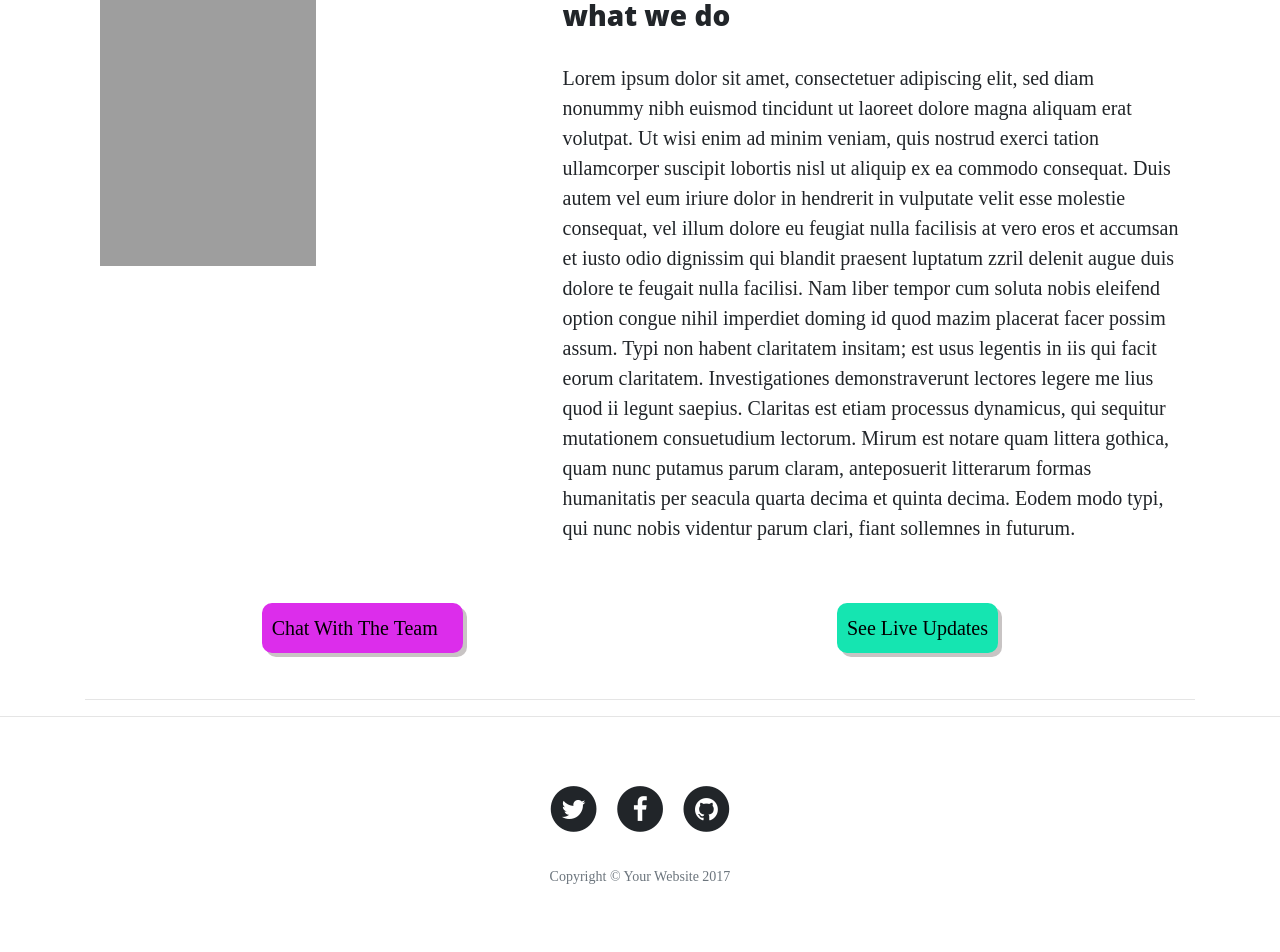
Repository: cachimiro/los-pochoclos
Page: http://localhost/charity
The author's editor kept a record of every edit. The page is drawn from the files as they stood at one moment, then again after the next edit.
The browser window is 1280 px wide. The pictures show the part of the page from y = 1902 to 2854 px (the page is 2854 px tall).
Pictures or frames that could not be fetched are drawn as grey boxes. The page is served by the project's application, run on Flask 3 (run.py). Other server files are loaded and not shown.

Above is the page before.

### templates/charity.html
{% extends 'base.html' %} {% block content %}

  <!---- style for image slide show------>

<style>
.mySlides {
  display: none;
}

img {
  vertical-align: middle;
}

/* Slideshow container */

.slideshow-container {
  max-width: 1000px;
  position: relative;
  margin: auto;
}


/* Fading animation */

.fade {
  -webkit-animation-name: fade;
  -webkit-animation-duration: 3s;
  animation-name: fade;
  animation-duration: 3s;
  width: 80%;


}

@-webkit-keyframes fade {
  from {
    opacity: .4
  }
  to {
    opacity: 1
  }
}

@keyframes fade {
  from {
    opacity: .4
  }
  to {
    opacity: 1
  }
}

/* On smaller screens, decrease text size */

@media only screen and (max-width: 300px) {
  .text {
    font-size: 11px
  }
}
.header-what-we-do{
  margin-top: 100px;

}
/*---------- style for buttons at the end of the section*/
.col-lg-6, .col-md-6, .col-sm-6 button{
  text-align: center;
  padding:10px;
}
button{
  margin: 20px;
  border-radius: 10px;
  text-decoration:none;
  background-color:#dc2deb;
  border:none;
  box-shadow: 4px 4px #c8c4c4;
}
.colour-change{
  background-color: #15e5b1;
}



</style>
<h2>

   {{ page_title }}

</h2><header class="masthead" style="background-image: url('https://scontent-lht6-1.xx.fbcdn.net/v/t1.0-9/198979_183783401664354_8256655_n.jpg?_nc_cat=107&_nc_ohc=fo7OV44w-2MAQn056HLddJiNwwdMlJGb7H2xHXyMq6WGMhgtGDJShV99A&_nc_ht=scontent-lht6-1.xx&oh=b607f42559864e66febb7cb282797aff&oe=5E6CB1C7')"><div class="overlay"></div><div class="container"><div class="row"><div class="col-lg-8 col-md-10 mx-auto"><div class="post-heading"><h1 style=" text-align:  center; margin:10px">Her Name IS Tanya</h1><h2 class="subheading" style=" text-align:  center">She is the reason this charity is taking place</h2></div></div></div></div></header><section><div class="container"><div class="row"><div class="col-lg-7 col-md-7 "><h3>why we do it</h3><p>Lorem ipsum dolor sit amet,
consectetuer adipiscing elit,
sed diam nonummy nibh euismod tincidunt ut laoreet dolore magna aliquam erat volutpat. Ut wisi enim ad minim veniam,
quis nostrud exerci tation ullamcorper suscipit lobortis nisl ut aliquip ex ea commodo consequat. Duis autem vel eum iriure dolor in hendrerit in vulputate velit esse molestie consequat,
vel illum dolore eu feugiat nulla facilisis at vero eros et accumsan et iusto odio dignissim qui blandit praesent luptatum zzril delenit augue duis dolore te feugait nulla facilisi. Nam liber tempor cum soluta nobis eleifend option congue nihil imperdiet doming id quod mazim placerat facer possim assum. Typi non habent claritatem insitam;
est usus legentis in iis qui facit eorum claritatem. Investigationes demonstraverunt lectores legere me lius quod ii legunt saepius. Claritas est etiam processus dynamicus,
qui sequitur mutationem consuetudium lectorum. Mirum est notare quam littera gothica,
quam nunc putamus parum claram,
anteposuerit litterarum formas humanitatis per seacula quarta decima et quinta decima. Eodem modo typi,
qui nunc nobis videntur parum clari,
fiant sollemnes in futurum.</p>
</div>
<div class="col-lg-5 col-md-5 " id="slide-show-photos">
  <div class="slideshow-container">
    <div class="mySlides fade">
      <img src="../static/img/tanya.jpg" style="width:100%"></div>
      <div class="mySlides fade">
        <img src="../static/img/tanya johann me.jpg" style="width:100%">
        </div>
        <div class="mySlides fade">
          <img src="../static/img/tanya johann boat.jpg" style="width:100%">
          </div>
          <div class="mySlides fade">
            <img src="https://scontent-lht6-1.xx.fbcdn.net/v/t1.0-9/25386_102864843089544_4935509_n.jpg?_nc_cat=103&_nc_ohc=gEBut99aF3IAQkGh2dldj7rDEqOye1kls_eliVdeWwcZ1DdaCadag5gFQ&_nc_ht=scontent-lht6-1.xx&oh=cae8cc26c64154a938cf9d5bbbaead0b&oe=5E72ED2F" style="width:100%">
            </div>
            <div class="mySlides fade">
              <img src="https://scontent-lht6-1.xx.fbcdn.net/v/t1.0-9/180900_177976592245035_1671228_n.jpg?_nc_cat=109&_nc_ohc=qDvnJq8rDvAAQloh-x4Y1ss8SHi2GQDt0S3Kc7WZ157JWn1C8r6mT0zFA&_nc_ht=scontent-lht6-1.xx&oh=0b086a2d586bd58b9278851fe02b9c69&oe=5E89726A" style="width:100%">
              </div>
              <div class="mySlides fade">
                <img src="https://scontent-lht6-1.xx.fbcdn.net/v/t1.0-9/39856_129568613752500_1749319_n.jpg?_nc_cat=107&_nc_ohc=VbtnikZ4UBIAQm_39U4ICHl5PVwWSM9EfFt46WSFkuyafOAVk16vLfBNQ&_nc_ht=scontent-lht6-1.xx&oh=3916972b16bf0ef1aaa6dbd30f918e8c&oe=5E857C1F" style="width:100%">
                </div>
                <div class="mySlides fade">
                  <img src="https://scontent-lht6-1.xx.fbcdn.net/v/t1.0-9/23616_102168856492476_1335747_n.jpg?_nc_cat=100&_nc_ohc=_Y0Ii_6dvjcAQld-oXSXNZD6aHam7c5aFn1_Psz9tGSr24VNRF43ApxNg&_nc_ht=scontent-lht6-1.xx&oh=45c7b910adaab8b106013aae4438ef9c&oe=5E7C4A69" style="width:100%">
                  </div>
                  <div class="mySlides fade">
                    <img src="https://scontent-lht6-1.xx.fbcdn.net/v/t1.0-9/23616_102168843159144_7658005_n.jpg?_nc_cat=105&_nc_ohc=C1_1UhY55poAQmDDsgh1mSU5BhCB98OIYsiea9VLHcAAWtw3R7zCmK9Qw&_nc_ht=scontent-lht6-1.xx&oh=c30c6dd46ef4eb20c48488902b23b23b&oe=5E679151" style="width:100%">
                    </div>
                    <div class="mySlides fade">
                      <img src="https://scontent-lht6-1.xx.fbcdn.net/v/t1.0-9/23616_102168839825811_4312866_n.jpg?_nc_cat=103&_nc_ohc=7XZMiaFhE68AQlGjjlRyDXl-6vRoc4kv43HAD3T51gYsdx9m0FwPdykvA&_nc_ht=scontent-lht6-1.xx&oh=14b57c4db923190f0b434e5ee2c40ac8&oe=5E84D878" style="width:100%">
                      </div>
                      <div class="mySlides fade">
                        <img src="https://scontent-lht6-1.xx.fbcdn.net/v/t1.0-9/23616_102168826492479_7425229_n.jpg?_nc_cat=102&_nc_ohc=P069FW_Xm0MAQmMMkUpeGYPFX3nCmj2GIx885TjCuPyCAKm8NxeiozWWA&_nc_ht=scontent-lht6-1.xx&oh=7587277eeb2a455100c6cf21e5ccabec&oe=5E7725B3" style="width:100%">
                        </div>
                        <div class="mySlides fade">
                          <img src="https://scontent-lht6-1.xx.fbcdn.net/v/t1.0-9/23616_102168796492482_5337829_n.jpg?_nc_cat=111&_nc_ohc=h9tve8Wh-joAQlkQ4HomnAXcCsh_u3Y_tedr8m8sGSzLUf8caP8--Y27g&_nc_ht=scontent-lht6-1.xx&oh=75648782b4571c95bec1810f26d56d2e&oe=5E6C4F18" style="width:100%">
                          </div>

                          </div>
                          </div>
                          <div class="container">
                            <div class="row">
                              <div class="col-lg-5 col-md-5 ">

                  <img src="https://image.freepik.com/free-vector/red-coming-soon-neon-icon-vector_53876-63152.jpg"></img>

       </div>
     <div class="col-lg-7 col-md-7 ">
   <h3 class="header-what-we-do">what we do</h3>
   <p>Lorem ipsum dolor sit amet,
consectetuer adipiscing elit,
sed diam nonummy nibh euismod tincidunt ut laoreet dolore magna aliquam erat volutpat. Ut wisi enim ad minim veniam,
quis nostrud exerci tation ullamcorper suscipit lobortis nisl ut aliquip ex ea commodo consequat. Duis autem vel eum iriure dolor in hendrerit in vulputate velit esse molestie consequat,
vel illum dolore eu feugiat nulla facilisis at vero eros et accumsan et iusto odio dignissim qui blandit praesent luptatum zzril delenit augue duis dolore te feugait nulla facilisi. Nam liber tempor cum soluta nobis eleifend option congue nihil imperdiet doming id quod mazim placerat facer possim assum. Typi non habent claritatem insitam;
est usus legentis in iis qui facit eorum claritatem. Investigationes demonstraverunt lectores legere me lius quod ii legunt saepius. Claritas est etiam processus dynamicus,
qui sequitur mutationem consuetudium lectorum. Mirum est notare quam littera gothica,
quam nunc putamus parum claram,
anteposuerit litterarum formas humanitatis per seacula quarta decima et quinta decima. Eodem modo typi,
qui nunc nobis videntur parum clari,
fiant sollemnes in futurum.</p>

</p>
</div>
</div>
</div>
<div class="container">
  <div class="row">
    <div class="col-lg-6 col-md-6 col-sm-6">
      <button>Chat With The Team<i class="fas fa-users"></i></button>
    </div>
    <div class="col-lg-6 col-md-6 col-sm-6">
      <button class="colour-change">See Live Updates</button>
    </div>
  </div>
</div>
</section>
<hr>
<script>
var slideIndex=0;
showSlides();

function showSlides() {
  var i;
  var slides=document.getElementsByClassName("mySlides");
  var stopSlideShow=document.getElementsByClassName('stop-Slide-Show');
  for (i=0;
  i < slides.length;
  i++) {
    slides[i].style.display="none";
  }
  slideIndex++;
  if (slideIndex > slides.length) {
    slideIndex=1
  }

  slides[slideIndex-1].style.display="block";
  setTimeout(showSlides, 3000); // Change image every 2 seconds

}




</script>
{% endblock %}

### templates/base.html
<!DOCTYPE html>
<html lang="en">
<head>
    <meta charset="UTF-8">
    <meta name="viewport" content="width=device-width, initial-scale=1.0">
    <meta http-equiv="X-UA-Compatible" content="ie=edge">
    <link href="https://stackpath.bootstrapcdn.com/font-awesome/4.7.0/css/font-awesome.min.css" rel="stylesheet" integrity="sha384-wvfXpqpZZVQGK6TAh5PVlGOfQNHSoD2xbE+QkPxCAFlNEevoEH3Sl0sibVcOQVnN" crossorigin="anonymous">
    <link href="{{ url_for('static', filename='vendor/bootstrap/css/bootstrap.min.css') }}" rel="stylesheet">
    <link rel="stylesheet" href="{{ url_for('static', filename='css/clean-blog.min.css') }}" type="text/css" />
    <link rel="stylesheet" href="{{ url_for('static', filename='css/style.css') }}" type="text/css" />
    <title>Los Pochocolos</title>
</head>
<body>
    <!-- Navigation -->
    <nav class="navbar navbar-expand-lg navbar-light fixed-top" id="mainNav">
        <div class="container">
            <a class="navbar-brand" href="{{url_for('index') }}">Finca Los Pochocolos</a>
            <button class="navbar-toggler navbar-toggler-right" type="button" data-toggle="collapse" data-target="#navbarResponsive" aria-controls="navbarResponsive" aria-expanded="false" aria-label="Toggle navigation">
          Menu
          <i class="fa fa-bars"></i>
        </button>
            <div class="collapse navbar-collapse" id="navbarResponsive">
                <ul class="navbar-nav ml-auto">
                    <li class="nav-item">
                        <a class="nav-link" href="{{ url_for('index') }}">Home</a>
                    </li>
                    <li class="nav-item">
                        <a class="nav-link" href="{{ url_for('about') }}">About</a>
                    </li>
                    <li class="nav-item">
                        <a class="nav-link" href="{{ url_for('contact') }}">Contact</a>
                    </li>
                    <li class="nav-item">
                        <a class="nav-link" href="{{ url_for('careers') }}">Careers</a>
                    </li>
                       <li class="nav-item">
                        <a class="nav-link" href="{{ url_for('charity') }}">Charity</a>
                    </li>
                </ul>
            </div>
        </div>
    </nav>

    <!-- Page Header -->
    <header class="masthead" style="background-image: url('https://berakatours.com/wp-content/uploads/2017/09/Avistamiento-Aves-Colombia.jpg')">
        <div class="overlay"></div>
        <div class="container">
            <div class="row">
                <div class="col-lg-8 col-md-10 mx-auto">
                    <div class="site-heading">
                        <h1>Los Pocholos</h1>
                        <span class="subheading">Turismo En La Guajira Colombia</span>
                    </div>
                </div>
            </div>
        </div>
    </header>

    <!-- Main Content -->
    <div class="container">
        {% block content %} {% endblock %}
    </div>

    <hr>

    <!-- Footer -->
    <footer>
        <div class="container">
            <div class="row">
                <div class="col-lg-8 col-md-10 mx-auto">
                    <ul class="list-inline text-center">
                        <li class="list-inline-item">
                            <a href="#">
                                <span class="fa-stack fa-lg">
                    <i class="fa fa-circle fa-stack-2x"></i>
                    <i class="fa fa-twitter fa-stack-1x fa-inverse"></i>
                  </span>
                            </a>
                        </li>
                        <li class="list-inline-item">
                            <a href="#">
                                <span class="fa-stack fa-lg">
                    <i class="fa fa-circle fa-stack-2x"></i>
                    <i class="fa fa-facebook fa-stack-1x fa-inverse"></i>
                  </span>
                            </a>
                        </li>
                        <li class="list-inline-item">
                            <a href="#">
                                <span class="fa-stack fa-lg">
                    <i class="fa fa-circle fa-stack-2x"></i>
                    <i class="fa fa-github fa-stack-1x fa-inverse"></i>
                  </span>
                            </a>
                        </li>
                    </ul>
                    <p class="copyright text-muted">Copyright &copy; Your Website 2017</p>
                </div>
            </div>
        </div>
    </footer>

    <!-- Bootstrap core JavaScript -->
    <script src="{{ url_for('static', filename='vendor/jquery/jquery.min.js') }}"></script>
    <script src="{{ url_for('static', filename='vendor/bootstrap/js/bootstrap.bundle.min.js') }}"></script>

    <!-- Custom scripts for this template -->
    <script src="{{ url_for('static', filename='js/clean-blog.min.js') }}"></script>

</body>
</html>

### run.py
import os
import json
from flask import Flask, render_template, request,redirect, flash, url_for
from flask_pymongo import PyMongo
from bson.objectid import ObjectId

app = Flask(__name__)
app.config["MONGO_DBNAME"] = 'reviews'
app.config["MONGO_URI"] = "mongodb+srv://root:Johann@myfirstcluster-ugp0n.mongodb.net/reviews?retryWrites=true&w=majority"

mongo = PyMongo(app)
app.secret_key = "cachimiro"

# code to be ble to see reviews
@app.route('/view_reviews')
def get_reviews():
    return render_template("reviews.html", opinion=mongo.db.opinion.find())

# this line of code will allow costumesr to add reviews
@app.route('/add_review')
def add_review():
    return render_template('add-reviews.html')


@app.route('/add_review', methods=['POST'])
def insert_task():
    tasks = mongo.db.opinion
    tasks.insert_one(request.form.to_dict())
    return redirect(url_for('get_reviews'))

# code for conecting templates
@app.route('/')
def index():
    return render_template("index.html")


@app.route('/about')
def about():
    data = []
    with open("data/company.json", "r") as json_data:
        data = json.load(json_data)
    return render_template("about.html", page_title="About", company=data)

@app.route('/about/<member_name>')
def about_member(member_name):
    member = {}

    with open("data/company.json", "r") as json_data:
        data = json.load(json_data)
        for obj in data:
            if obj["url"] == member_name:
                member = obj

    return render_template("member.html", member=member)




@app.route('/contact', methods=["GET", "POST"])
def contact():
    if request.method == "POST":
        flash("Thanks {}, we have received your message".format(
            request.form["name"]
        ))
    return render_template("contact.html", page_title="Contact")


@app.route('/careers')
def careers():
   return render_template("careers.html", page_title="careers")

@app.route('/charity')
def charity():
   return render_template("charity.html", page_title="charity")

if __name__ == '__main__':
    app.run(host=os.environ.get('IP'),
            port=int(os.environ.get('PORT')),
            debug=True)


# chat function will go here all the code thats going to be provided from here is for that chat area
#pesonal note i will coment out this section for a moment need to work on other html
"""
import os
from datetime import datetime
from flask import Flask, redirect, render_template, request, session, url_for


app = Flask(__name__)
app.secret_key = os.getenv("SECRET","randomstring123")
messages = []


def add_message(username, message):
    #Add messages to the `messages` list
    now = datetime.now().strftime("%H:%M:%S")
    messages.append({"timestamp": now, "from": username, "message": message})


@app.route("/", methods=["GET", "POST"])
def chat_room():
    #Main page with instructions
    if request.method == "POST":
        session["username"] = request.form["username"]

    if "username" in session:
        return redirect(url_for("user", username=session["username"]))

    return render_template("index.html")


@app.route("/chat/<username>", methods=["GET", "POST"])
def user(username):
    #Add and display chat messages
    if request.method == "POST":
        username = session["username"]
        message = request.form["message"]
        add_message(username, message)
        return redirect(url_for("user", username=session["username"]))

    return render_template("chat.html", username=username,
                           chat_messages=messages)


app.run(host=os.getenv("IP", "0.0.0.0"),
        port=int(os.getenv("PORT", "5000")), debug=False)

 """

### static/css/style.css
.col-md-5 img {
    width: 50%;
    height: 50%;
    margin-top: 30px;
    margin-bottom: 50px;

}

Loaded but not shown: static/css/clean-blog.min.css (library); static/js/clean-blog.min.js (common file)

After the next edit:
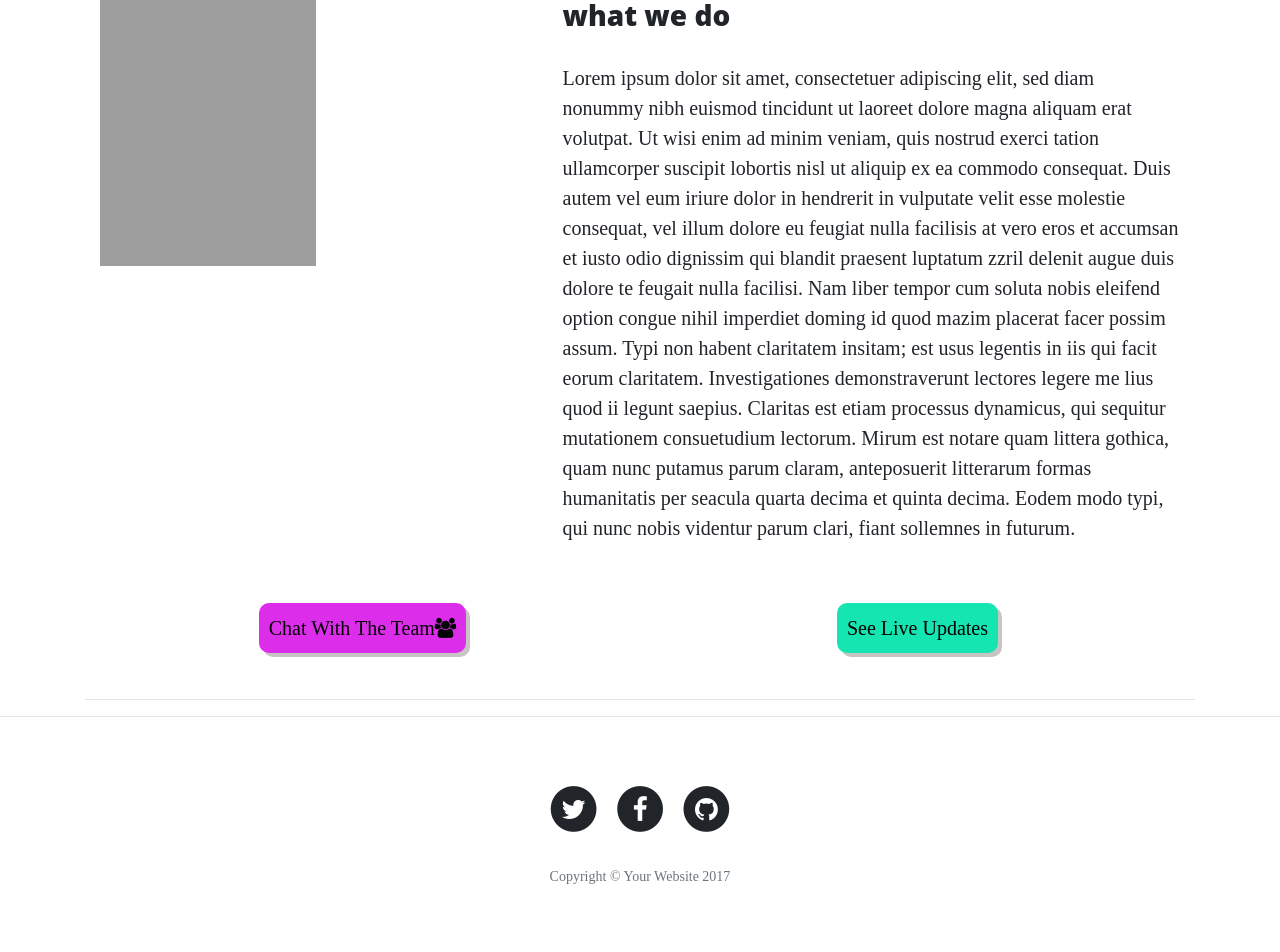
The edit:
--- a/templates/charity.html
+++ b/templates/charity.html
@@ -162,7 +162,7 @@
 <div class="container">
   <div class="row">
     <div class="col-lg-6 col-md-6 col-sm-6">
-      <button>Chat With The Team<i class="fas fa-users"></i></button>
+      <button>Chat With The Team<i class="fa fa-users"></i></button>
     </div>
     <div class="col-lg-6 col-md-6 col-sm-6">
       <button class="colour-change">See Live Updates</button>
